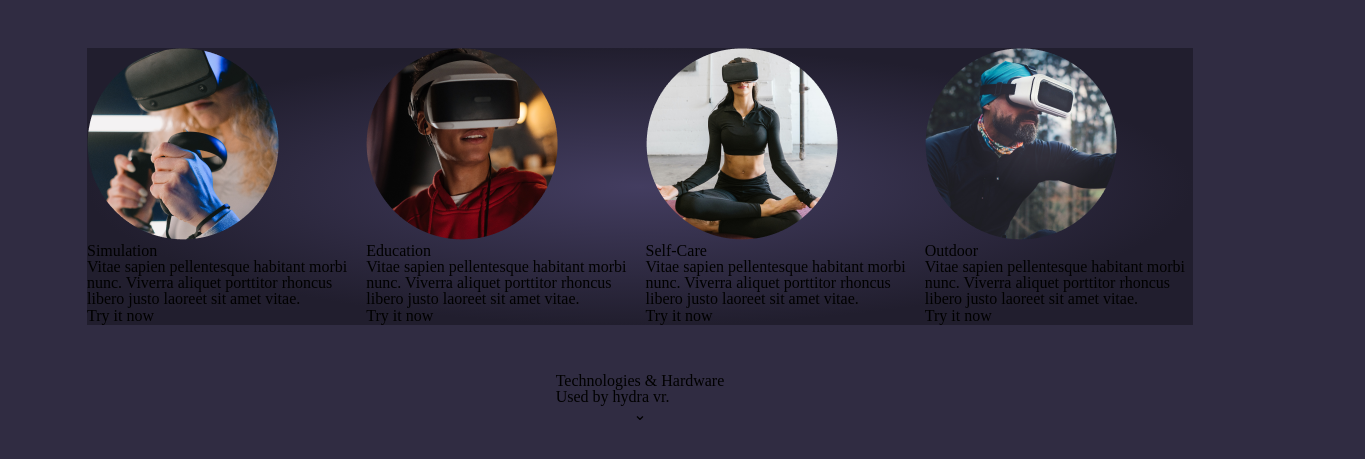
Repository: xMargi/Hydra-LandingPage
Page: index.html
An editor plug-in stored every save of this project. The page is shown before and after the next save, followed by the edit.
The browser window is 1280 px wide. The page is 1280 px wide, then 1365 px, so the pictures cover 1365 px, including what lies to the right of the window. The pictures show the whole page.

Above is the page before, as saved 2023-06-07 20:07:22.

### index.html
    <!DOCTYPE html>
    <html lang="pt-br">
    <head>
        <meta charset="UTF-8">
        <meta http-equiv="X-UA-Compatible" content="IE=edge">
        <meta name="viewport" content="width=device-width, initial-scale=1.0">
        <title>Hydra - Landing Page</title>
        <link rel="stylesheet" href="./reset.css">
        <link rel="stylesheet" href="./style.css">
    </head>
    <body>
        <div class="cartoes">
            <div class="cartao">
                <img src="./assets/1.png" alt="Mulher jogando em realidade virtual">
                <h1 class="cartao__titulo">Simulation</h1>
                <p class="cartao__paragrafo">Vitae sapien pellentesque habitant morbi
                nunc. Viverra aliquet porttitor rhoncus
                libero justo laoreet sit amet vitae.</p>
                <button class="cartao__button">Try it now</button>
            </div>
            <div class="cartao">
                <img src="./assets/2.png" alt="Homem usando um óculos de realidade virtual">
                <h1 class="cartao__titulo">Education</h1>
                <p class="cartao__paragrafo">Vitae sapien pellentesque habitant morbi
                nunc. Viverra aliquet porttitor rhoncus
                libero justo laoreet sit amet vitae.</p>
                <button class="cartao__button">Try it now</button>
            </div>
            <div class="cartao">
                <img src="./assets/3.png" alt="Mulher meditando com óculos de realidade virtual">
                <h1 class="cartao__titulo">Self-Care</h1>
                <p class="cartao__paragrafo">Vitae sapien pellentesque habitant morbi
                nunc. Viverra aliquet porttitor rhoncus
                libero justo laoreet sit amet vitae.</p>
                <button class="cartao__button">Try it now</button>
            </div>
            <div class="cartao">
                <img src="./assets/4.png" alt="Homem fazendo exercicíos utilizando um óculos de realidade virtual">
                <h1 class="cartao__titulo">Outdoor</h1>
                <p class="cartao__paragrafo">Vitae sapien pellentesque habitant morbi
                nunc. Viverra aliquet porttitor rhoncus
                libero justo laoreet sit amet vitae.</p>
                <button class="cartao__button">Try it now</button>
            </div>
        </div>
        <div class="container__imagem">
            <h1 class="imagem__titulo">Technologies & Hardware</h1>
            <p class="imagem__paragrafo">Used by hydra vr.</p>
        </div>
        <button class="botao__baixo">&#8964</button>
        <script src="./script.js"></script>
    </body>
    </html>

### style.css
@import url('https://fonts.googleapis.com/css2?family=Montserrat:wght@300;400;700&display=swap');

:root{

    --fonte: 'Montserrat', sans-serif;
    --cor-fundo: #302C42;
    --cor-cartao: radial-gradient(50% 50% at 50% 50%, #433D60 0%, #211E2E 100%);
    --cor-button: linear-gradient(90deg, #8176AF 0%, #C0B7E8 100%);
    --cor-branca: #FFFFFF;
    --cor-texto: #343045;

}

body{
    box-sizing: border-box;
    background: var(--cor-fundo);
    display: flex;
    align-items: center;
    flex-direction: column;

}

.cartoes{
    margin:3rem 5.4375rem;
    display: flex;
    background: var(--cor-cartao);
    gap: 0.6875rem;
}

Loaded but not shown: main/reset.css (common file); script.js (no copy from this time; the picture is the same without it)

After the next save:
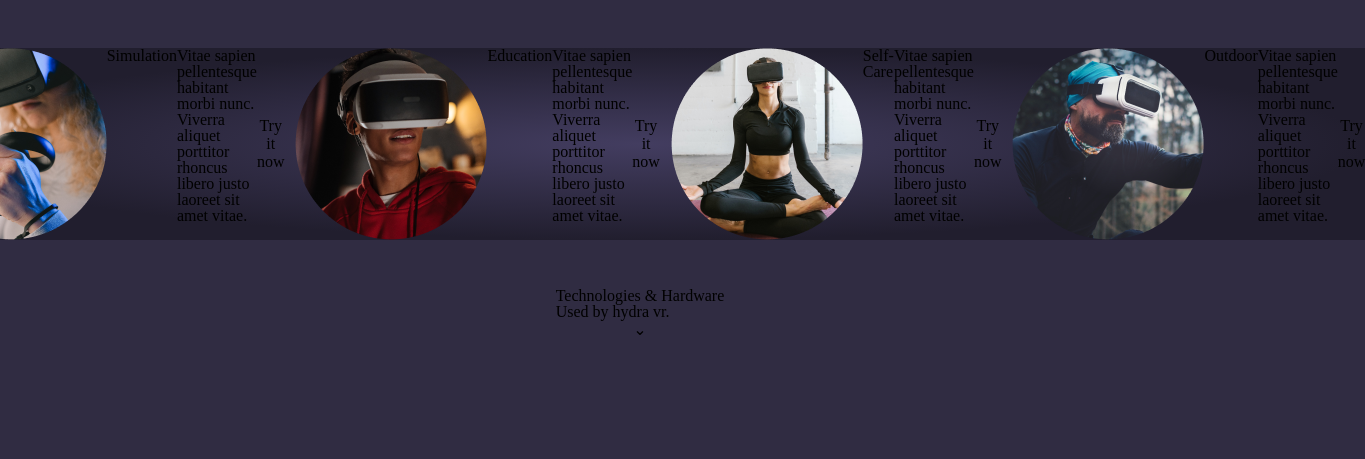
Saved 17 s later.
--- a/style.css
+++ b/style.css
@@ -26,3 +26,9 @@ body{
     background: var(--cor-cartao);
     gap: 0.6875rem;
 }
+
+.cartao{
+
+    display: flex;
+
+}
